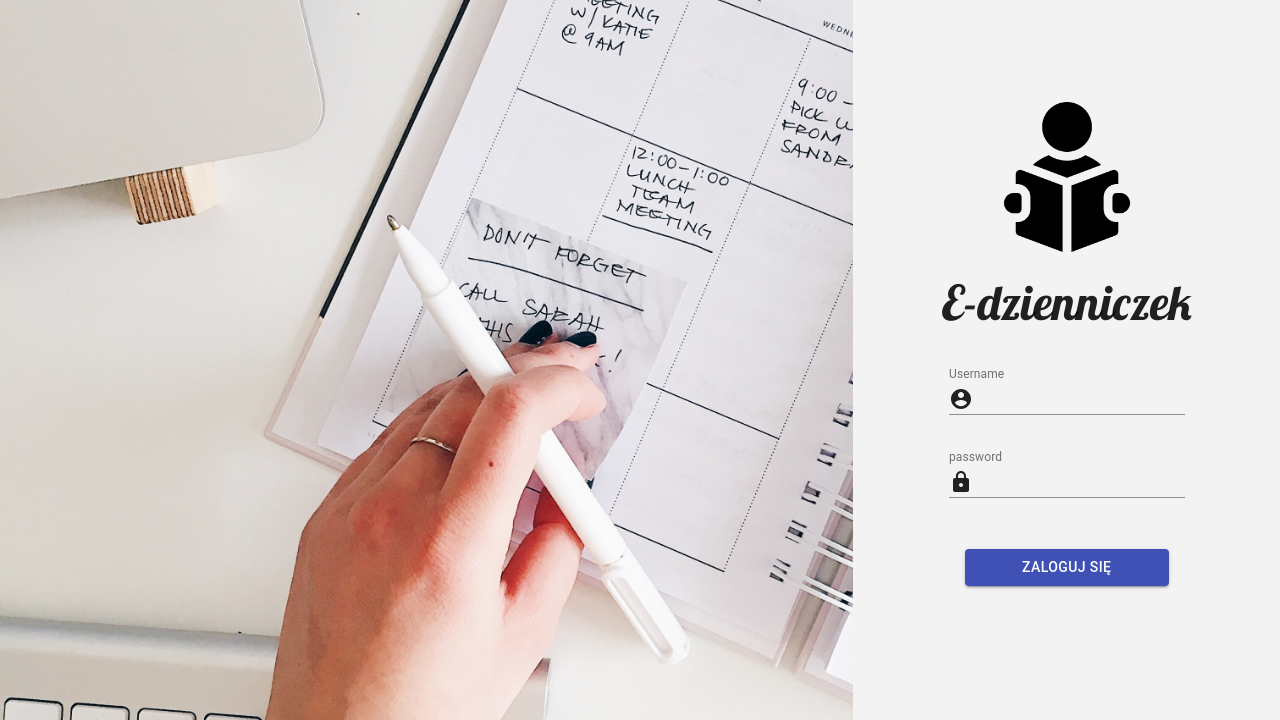
Repository: dominik3131/E-dzienniczek
Page: /
The author's editor kept a copy of each file at every save. The page is drawn from the files as they stood at one save, then again after the next save.
The browser window is 1280 px wide. The pictures show the whole page.
The project was rebuilt for these pictures with package versions that can differ from the ones it lists, and the page was loaded fresh each time.

Above is the page before, as saved 2020-11-17 16:01:01.

After the next save:
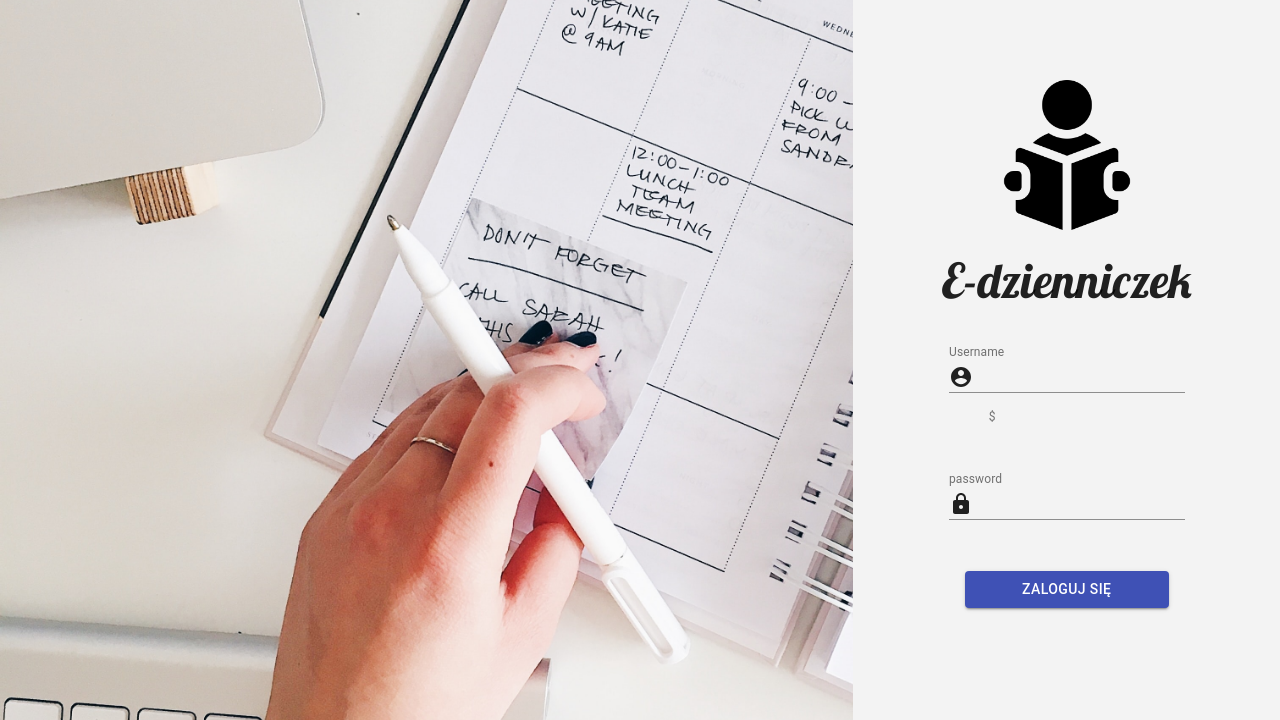
Saved 44 s later.
--- a/src/components/LoginForm/LoginForm.js
+++ b/src/components/LoginForm/LoginForm.js
@@ -32,7 +32,7 @@
       <TextField
         id="username"
         name="username"
-        helperText={() => <ul>${showErrors("email")}</ul>}
+        helperText={<ul>${showErrors("email")}</ul>}
         error={errors.email.length > 0 || null}
         label="Username"
         InputProps={{
